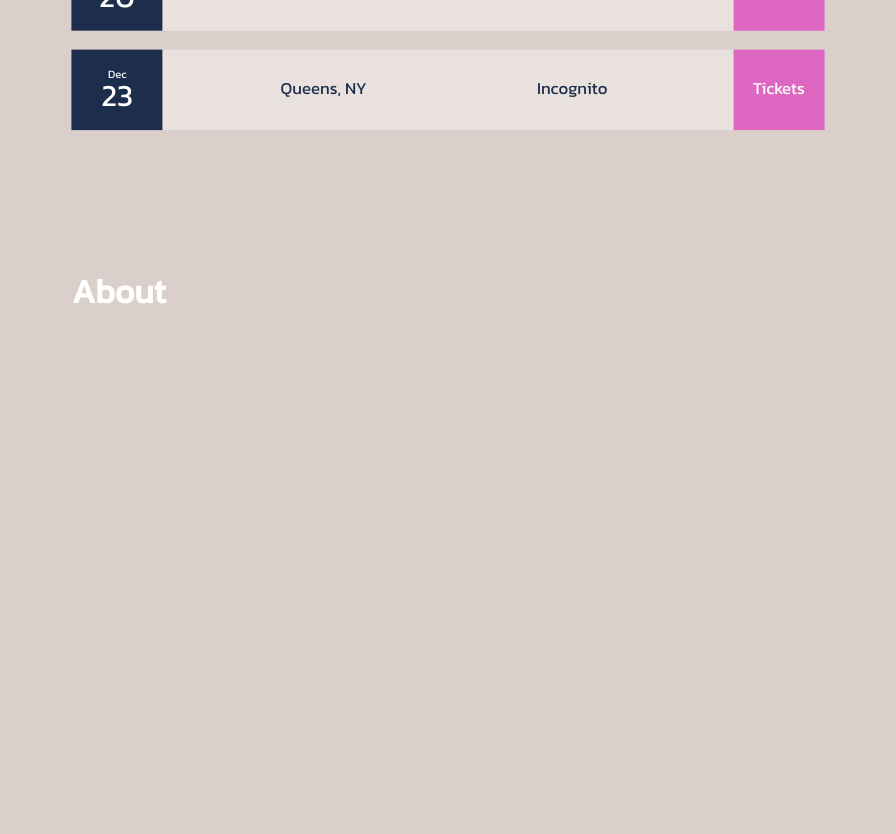
Repository: KrystellBarraza/SipperNYC
Page: index.html
The author's editor kept a copy of each file at every save. The page is drawn from the files as they stood at one save, then again after the next save.
The browser window is 1280 px wide. The pictures show the part of the page from y = 3027 to 4947 px (the page is 4218 px tall before and 5830 px after), at 70% of full size.
Some web libraries are served in a nearby version.

Above is the page before, as saved 2019-09-17 16:39:04.

### index.html
<!DOCTYPE html>
    <head>
        <meta charset="utf-8">
        <meta http-equiv="X-UA-Compatible" content="IE=edge">
        <title>Sipper</title>
        <meta name="description" content="Wholesome and intrinsically delicate, SIPPER is an NYC based band who wants nothing more than to make you enjoy whatever they put out.">
        <meta name="viewport" content="width=device-width, initial-scale=1">
        <script src="https://kit.fontawesome.com/0942df55aa.js"></script>
        <script src="https://ajax.googleapis.com/ajax/libs/jquery/3.4.1/jquery.min.js"></script>
        <link rel="stylesheet" href="https://ajax.googleapis.com/ajax/libs/jqueryui/1.12.1/themes/smoothness/jquery-ui.css">
        <script src="https://ajax.googleapis.com/ajax/libs/jqueryui/1.12.1/jquery-ui.min.js"></script>
        <link href="https://fonts.googleapis.com/css?family=Kanit&display=swap" rel="stylesheet">
        <link rel="stylesheet" href="venobox/venoboxcopy.css" type="text/css" media="screen">
        <link rel="stylesheet" href="style.css">
    </head>
    <body>

        <div class="container-home">
            <div class="head">
                <header>
                    <h1><a href="index.html">Sipper</a></h1>

                    <div id="toggleText">
                        <p class="menuToggle Open placeHolder"></p>
                        <p class="menuToggle Close" style="color: #FFF;"></p>
                    </div>

                    <div id="menu">
                        <ul id="hiddenMenu">
                            <li><a href="#video">Video</a></li>
                            <li><a href="#music">Music</a></li>
                            <li><a href="#shows">Shows</a></li>
                            <li><a href="#about">About</a></li>
                        </ul>
                    </div>

                    <div class="inlineMenu">
                        <a href="#video">Video</a>
                        <a href="#music">Music</a>
                        <a href="#shows">Shows</a>
                        <a href="#about">About</a>
                    </div>

                </header>
            </div>

            <div id="menu-container"></div>

            <div class="menu">
                <div class="flexbox-nav">
                    <nav class="side-Nav">
                        <li><a href="#video">Video</a></li>
                        <li><a href="#music">Music</a></li>
                        <li><a href="#shows">Shows</a></li>
                        <li><a href="#about">About</a></li>
                    </nav>
                </div>
            </div>

            <div class="album">
                <img src="images/albumcover.jpg">
            </div>

            <div class="footer"></div>

        </div>


        <div class="container-video">
            <div class="head-video">
                <h1 id="video">Video</h1>
            </div>

            <div class="container video-a">
                <div class="content">
                    <a class="venobox" data-autoplay="true" data-vbtype="video" data-gall="myGallery" href="https://youtu.be/N3MalJX4Ll4">
                        <div class="content-overlay"></div>
                        <img class="content-image" src="images/AdamDriver.jpg" alt="Adam Driver">
                        <div class="content-details fadeIn-bottom">
                            <p class="content-title">Adam Driver</p>
                        </div>
                    </a>
                </div>
            </div>

            <div class="container video-b">
                <div class="content">
                    <a class="venobox" data-autoplay="true" data-vbtype="video" data-gall="myGallery" href="https://youtu.be/suzVxfuO1rU">
                        <div class="content-overlay"></div>
                        <img class="content-image" src="images/Metric.jpg" alt="Metric">
                        <div class="content-details fadeIn-top">
                            <p class="content-title">Metric</p>
                        </div>
                    </a>
                </div>
            </div>

            <div class="container video-c">
                <div class="content">
                    <a class="venobox" data-autoplay="true" data-vbtype="video" data-gall="myGallery" href="https://youtu.be/sNYNVeHuiyg">
                        <div class="content-overlay"></div>
                        <img class="content-image" src="images/NJFD.jpg" alt="N.J.F.D.">
                        <div class="content-details fadeIn-left">
                            <p class="content-title">N.J.F.D.</p>
                        </div>
                    </a>
                </div>
            </div>

            <div class="container video-d">
                <div class="content">
                    <a class="venobox" data-autoplay="true" data-vbtype="video" data-gall="myGallery" href="https://youtu.be/S9CmWtUvWd0">
                        <div class="content-overlay"></div>
                        <img class="content-image" src="images/OMG.jpg" alt="OMG">
                        <div class="content-details fadeIn-right">
                            <p class="content-title">OMG</p>
                        </div>
                    </a>
                </div>
            </div>

            <div class="footer-video"></div>

        </div>

        <div class="container-music">
            <div class="head-music">
                <h1 id="music">Music</h1>
            </div>

            <div class="ep">
                <img src="images/albumcover.jpg">
            </div>

            <div class="music-k">
                <p class="ep-title">Adam Driver EP</p>

                <table>
                    <tr>
                        <td>1</td>
                        <td>Metric</td>
                        <td>02:19</td>
                    </tr>
                    <tr>
                        <td>2</td>
                        <td>N.J.F.D.</td>
                        <td>02:11</td>
                    </tr>
                    <tr>
                        <td>3</td>
                        <td>OMG</td>
                        <td>01:41</td>
                    </tr>
                    <tr>
                        <td>4</td>
                        <td>Adam Driver</td>
                        <td>04:36</td>
                    </tr>
                    <tr>
                        <td>5</td>
                        <td>Pity Party</td>
                        <td>02:01<td>
                    </tr>
                    <tr>
                        <td>6</td>
                        <td>Loan</td>
                        <td>02:22</td>
                    </tr>
                </table>
            </div>

            <div class="music-j">
                <div class="listen">
                    <a href="https://levelmusic.lnk.to/AdamDriver_EP" target="_blank">Listen Now</a>
                </div>
            </div>

            <div class="fabIcons music-g">
                <a href="https://open.spotify.com/album/55qLPgpA8Q9fKp5JZo5pjp" target="_blank"><i class="fab fa-spotify"></i></a>
                <a href="https://soundcloud.com/invertebratemusic/sets/sipper-adam-driver-ep" target="_blank"><i class="fab fa-soundcloud"></i></a>
                <a href="https://www.youtube.com/channel/UC4grwiaSitqhA_vmRum_fdg/search?query=sipper" target="_blank"><i class="fab fa-youtube"></i></a>
                <a href="https://www.amazon.com/gp/product/B07QJBL8ZX/ref=dm_ws_sp_ps_dp" target="_blank"><i class="fab fa-amazon"></i></a>
                <a href="https://music.apple.com/us/album/1459355658?app=music" target="_blank"><i class="fab fa-itunes-note"></i></a>
            </div>

            <div class="footer-music"></div>

        </div>

        <div class="container-shows">
            <div class="head-shows">
                <h1 id="shows">Shows</h1>
            </div>

            <div class="shows-m">
                <div class="dates-container-flex">
                    <div class="date-box">
                        <div class="month">Aug</div>
                        <div class="date">2</div>
                    </div>

                    <div class="location">Brooklyn, NY</div>
                    <div class="venue">Elsewhere</div>

                    <div class="tickets">Tickets</div>
                </div>
            </div>


            <div class="shows-n">
                <div class="dates-container-flex">
                    <div class="date-box">
                        <div class="month">Sept</div>
                        <div class="date">3</div>
                    </div>

                    <div class="location">New York, NY</div>
                    <div class="venue">Berlin</div>

                    <div class="tickets">Tickets</div>
                </div>
            </div>


            <div class="shows-o">
                <div class="dates-container-flex">
                    <div class="date-box">
                        <div class="month">Oct</div>
                        <div class="date">20</div>
                    </div>

                    <div class="location">Brooklyn, NY</div>
                    <div class="venue">Baby's All Right</div>

                    <div class="tickets">Tickets</div>
                </div>
            </div>

            <div class="shows-p">
                <div class="dates-container-flex">
                    <div class="date-box">
                        <div class="month">Dec</div>
                        <div class="date">23</div>
                    </div>

                    <div class="location">Queens, NY</div>
                    <div class="venue">Incognito</div>

                    <div class="tickets">Tickets</div>
                </div>
            </div>

            <div class="footer-shows"></div>

        </div>

        <div class="container-about">
            <div class="head-about">
                <h1 id="about">About</h1>
            </div>

        </div>

        <script src="app.js" async defer></script>
        <script src="venobox/venobox.mincopy.js" async defer></script>
    </body>
</html>

### style.css
* {
    box-sizing: border-box;
}

html {
    scroll-behavior: smooth;
}

body {
    margin: 0;
    background-color: #dacfca;
}

p, li {
    font-family: 'Kanit', sans-serif;
}

p {
    font-size: 18px;
    margin: 0;
}

h1 {
    font-family: 'Kanit', sans-serif;
    color: #fff;
    font-size: 48px;
}

a {
    text-decoration: none;
    color: #fff;
}

/* Header - Home */

.container-home {
    display: grid;
    grid-template-columns: repeat(12, 1fr);
    grid-template-rows: auto 2fr 1fr;
    grid-gap: 5px;
    grid-column-gap: 20px;
    padding-left: 8%;
    padding-right: 8%;
    grid-template-areas:
    "h h h h h h h h h h h h"
    "c c c c c c c c c m m m"
    "c c c c c c c c c m m m"
    "c c c c c c c c c m m m"
    "f f f f f f f f f f f f";
}

.head {
    grid-area: h;
}

.inlineMenu {
    font-family: 'Kanit', sans-serif;
    font-size: 22px;
    word-spacing: 1em;
    top: 16%;
    right: 10%;
    position: absolute;
}

@media (min-width: 566px) and (max-width: 569px) {
    .inlineMenu {
        top: 19.5%;
        word-spacing: .5em;
    }
}

/* Toggled Header Nav */

#toggleText {
    top: 5%;
    right: 10%;
    color: #fff;
    position: absolute;
    z-index: 10;
}

#menu-container {
    background-color: #1d2e4c;
    position: absolute;
    width: 100%;
    left: 0%;
    height: 100vh;
    z-index: 6;
}

#menu {
    background-color: #1d2e4c;
    position: absolute;
    top: 0%;
    left: 0%;
    width: 100%;
    height: 100vh;
    z-index: 7;
}

#hiddenMenu {
    position: absolute;
    top: 30%;
}

p.placeHolder {
    display: none;
}

p.Open:before {
    content: "Menu";
}

p.Close:before {
    content: "Close";
}

ul {
    list-style: none;
}

li {
    font-size: 44px;
    line-height: 46pt;
}

/* Toggled Menu Media Queries */

@media only screen and (max-width: 450px) {
    nav {
        visibility: hidden;
    }
}

@media only screen and (min-width: 450px) {
    #toggleText {
        visibility: hidden;
    }

    #menu {
        visibility: hidden;
    }

    #menu-container {
        visibility: hidden;
    }
}

/* Scrollbar */

::-webkit-scrollbar { width: 8px; }

::-webkit-scrollbar-track { color: transparent; }

::-webkit-scrollbar-thumb {
    background-color: rgba(000, 0, 0, 0.2);
    border-radius: 5px;
}

/* Menu */

.menu {
    grid-area: m;
}

.flexbox-nav {
    display: flex;
    align-items: flex-end;
    justify-content: flex-end;
    margin-top: 356px;
}

.side-nav {
    align-self: flex-end;
    margin-top: 30px;
}

nav > a {
    font-family: 'Kanit', sans-serif;
    color: #fff;
    font-size: 48px;
}

nav > li {
    list-style-type: none;
    padding: 0;
    margin: 0;
}

@media only screen and (max-width: 416px){
    .menu {
        display: none;
    }

    .container-home {
        display: grid;
        grid-template-columns: repeat(12, 1fr);
        grid-template-rows: auto 2fr 1fr;
        grid-gap: 5px;
        padding-left: 8%;
        padding-right: 8%;
        grid-template-areas:
        "h h h h h h h h h h h h"
        "c c c c c c c c c c c c"
        "c c c c c c c c c c c c"
        "c c c c c c c c c c c c"
        "f f f f f f f f f f f f";
    }

    .album > img {
        object-fit: contain;
        width: 100%;
    }

}

/* Inline Menu Queries */

@media only screen and (max-width: 416px) {
    .inlineMenu {
        display: none;
    }
}

@media only screen and (min-width: 766px){
    .inlineMenu {
        display: none;
    }
}

/* Mobile Landscape Queries */

@media (orientation: landscape) and (max-width: 766px) {
    .menu {
        display: none;
    }

    .container-home {
        display: grid;
        grid-template-columns: repeat(12, 1fr);
        grid-template-rows: auto 2fr 1fr;
        grid-gap: 5px;
        padding-left: 8%;
        padding-right: 8%;
        grid-template-areas:
        "h h h h h h h h h h h h"
        "c c c c c c c c c c c c"
        "c c c c c c c c c c c c"
        "c c c c c c c c c c c c"
        "f f f f f f f f f f f f";
    }

    .album > img {
        object-fit: contain;
        width: 100%;
    }
}

/* Album */

.album {
    grid-area: c;
}

.album > img {
    object-fit: contain;
    width: 100%;
    max-height: 600px;
}

.footer {
    grid-area: f;
    height: 70px;
}


/* Video */

.container-video {
    display: grid;
    grid-template-columns: repeat(12, 1fr);
    grid-template-rows: auto 1fr 1fr;
    grid-gap: 5px;
    grid-column-gap: 20px;
    padding-left: 8%;
    padding-right: 8%;
    grid-template-areas:
    "h h h h h h h h h h h h"
    "a a a a a a b b b b b b"
    "c c c c c c d d d d d d"
    "f f f f f f f f f f f f";
}

.head-video {
    grid-area: h;
}

.video-a {
    grid-area: a;
    justify-self: center;
}

.video-b {
    grid-area: b;
    justify-self: center;
}

.video-c {
    grid-area: c;
    justify-self: center;
}

.video-d {
    grid-area: d;
    justify-self: center;
}

.footer-video {
    grid-area: f;
    height: 70px;
}

.container .title {
    text-align: center;
}

.content {
    position: relative;
    width: 100%;
    max-width: 550px;
    overflow: hidden;
}

.content .content-overlay {
    background: rgba(0,0,0,0.7);
    position: absolute;
    height: 99%;
    width: 100%;
    opacity: 0;
    -webkit-transition: all 0.4s ease-in-out 0s;
    -moz-transition: all 0.4s ease-in-out 0s;
    transition: all 0.4s ease-in-out 0s;
}

.content:hover .content-overlay {
    opacity: 1;
}

.content-image {
    width: 100%;
}

.content-details {
    position: absolute;
    text-align: center;
    padding-left: 1em;
    padding-right: 1em;
    width: 100%;
    top: 50%;
    left: 50%;
    opacity: 0;
    -webkit-transform: translate(-50%, -50%);
    -moz-transform: translate(-50%, -50%);
    transform: translate(-50%, -50%);
    -webkit-transition: all 0.3s ease-in-out 0s;
    -moz-transition: all 0.3s ease-in-out 0s;
    transition: all 0.3s ease-in-out 0s;
}

.content:hover .content-details {
    top: 50%;
    left: 50%;
    opacity: 1;
}

.content-details p {
    color: #fff;
    font-weight: 500;
    letter-spacing: 0.15em;
    margin-bottom: 0.5em;
    font-size: 0.8em;
    text-transform: uppercase;
}

.fadeIn-bottom {
    top: 80%;
}

.fadeIn-top {
    top: 20%;
}

.fadeIn-left {
    left: 20%;
}

.fadeIn-right {
    left: 80%;
}

@media only screen and (max-width: 416px){
    .container-video {
        display: grid;
        grid-template-columns: repeat(12, 1fr);
        grid-template-rows: auto 1fr 1fr;
        grid-gap: 5px;
        padding-left: 8%;
        padding-right: 8%;
        grid-template-areas:
        "h h h h h h h h h h h h"
        "a a a a a a a a a a a a"
        "b b b b b b b b b b b b"
        "c c c c c c c c c c c c"
        "d d d d d d d d d d d d"
        "f f f f f f f f f f f f";
    }

    .footer-video {
        display: none;
    }
}

/* Music */

.container-music {
    display: grid;
    grid-template-columns: repeat(12, 1fr);
    grid-template-rows: repeat(6, 1fr);
    grid-gap: 5px;
    grid-column-gap: 20px;
    padding-left: 8%;
    padding-right: 8%;
    grid-template-areas:
    "h h h h h h h h h h h h"
    "e e e e e e k k k k k k"
    "e e e e e e k k k k k k"
    "e e e e e e j j j j j j"
    "e e e e e e g g g g g g"
    "f f f f f f f f f f f f";
}

.head-music {
    grid-area: h;
}

.footer-music {
    grid-area: f;
    height: 70px;
}

.ep {
    grid-area: e;
}

.ep > img {
    object-fit: contain;
    width: 100%;
    max-height: 600px;
}

.music-k {
    grid-area: k;
}

.music-k > .ep-title {
    object-fit: contain;
    text-align: center;
    font-size: 48px;
    color: #fff;
    margin: 0;
    width: 100%;
}

.music-k > table {
    font-family: 'Kanit', sans-serif;
    object-fit: contain;
    text-align: center;
    padding-top: 20px;
    border: 0;
    font-size: 20px;
    width: 100%;
}

.music-g {
    grid-area: g;
    align-items: center;
}

.fabIcons {
    display: flex;
    justify-content: space-around;
}

i {
    font-family:'FontAwesome';
    font-size: 50px;
    color: #1d2e4c;
    transition: 0.5s;
}

i.fab:hover {
    color: #3a527c;
}

.music-j {
    grid-area: j;
    align-items: center;
}

.listen {
    margin-top: 50px;
    display: flex;
    justify-content: space-around;
    background: #de68c1;
    font-family: 'Kanit', sans-serif;
    text-transform: uppercase;
    text-align: center;
    align-items: center;
    height: 50px;
    font-size: 1.25em;
    -webkit-transition: 0.5s;
    transition: 0.5s;
    border: none;
}

.listen:hover {
    background: #e794ce;
}

@media only screen and (max-width: 376px) {
    i {
        font-size: 40px;
    }
}

@media screen and (max-width: 824px) {
    .music-k > .ep-title {
        font-size: 36px;
        text-align: center;
    }

    i {
        font-size: 36px;
    }

    .container-music {
        display: grid;
        grid-template-columns: repeat(12, 1fr);
        grid-template-rows: 1fr 1fr 1fr auto;
        grid-gap: 5px;
        grid-column-gap: 20px;
        padding-left: 8%;
        padding-right: 8%;
        grid-template-areas:
        "h h h h h h h h h h h h"
        "e e e e e e k k k k k k"
        "e e e e e e k k k k k k"
        "g g g g g g j j j j j j"
        "f f f f f f f f f f f f";
    }

    .listen {
        margin-top: 10px;
    }

    .fabIcons {
        margin-top: 10px;
    }
}

@media (orientation: landscape) and (max-width: 668px) {
    .music-k > .ep-title {
        font-size: 25px;
    }

    .music-k > table {
        font-size: 14px;
        width: 100%;
        text-align: center;
    }

    .listen {
        margin-top: 0;
    }

    .fabIcons {
        margin-top: 0;
    }
}

@media only screen and (max-width: 416px) {
    .container-music {
        display: grid;
        grid-template-columns: repeat(12, 1fr);
        grid-template-rows: 1fr auto;
        grid-gap: 5px;
        grid-column-gap: 20px;
        padding-left: 8%;
        padding-right: 8%;
        grid-template-areas:
        "h h h h h h h h h h h h"
        "e e e e e e e e e e e e"
        "e e e e e e e e e e e e"
        "k k k k k k k k k k k k"
        "k k k k k k k k k k k k"
        "j j j j j j j j j j j j"
        "g g g g g g g g g g g g"
        "f f f f f f f f f f f f";
    }

    .music-k > table {
        font-size: 16px;
        width: 100%;
        text-align: center;
    }

    .music-k > .ep-title {
        font-size: 36px;
        text-align: center;
    }

    .listen {
        margin-top: 20px;
    }

    .music-g {
        margin-top: 25px;
        margin-bottom: 25px;
    }

    .footer-music {
        display: none;
    }

}

/* Shows */

.container-shows {
    display: grid;
    grid-template-columns: repeat(12, 1fr);
    grid-template-rows: repeat(6, 1fr);
    grid-gap: 5px;
    grid-column-gap: 20px;
    padding-left: 8%;
    padding-right: 8%;
    grid-template-areas:
    "h h h h h h h h h h h h"
    "m m m m m m m m m m m m"
    "n n n n n n n n n n n n"
    "o o o o o o o o o o o o"
    "p p p p p p p p p p p p"
    "f f f f f f f f f f f f";
}

.head-shows {
    grid-area: h;
}

.shows-m {
    grid-area: m;
}

.shows-n {
    grid-area: n;
}

.shows-o {
    grid-area: o;
}

.shows-p {
    grid-area: p;
}

.footer-shows {
    grid-area: f;
    height: 70px;
}

.dates-container-flex {
    display: flex;
    flex-direction: column;
    flex-flow: row wrap;
    justify-content: space-between;
    align-content: space-between;
    background-color: rgba(255, 255, 255, 0.37);
    transition: 0.5s;
    height: 115px;
}

.dates-container-flex:hover {
    background-color: rgba(255, 255, 255, 0.568);
}

.date-box {
    background-color: #1d2e4c;
    color: #FFF;
    width: 130px;
    height: 115px;
    text-align: center;
    line-height: 2em;
    order: 1;
    align-self: flex-start;
    padding-top: 18px;
    font-family: 'Kanit', sans-serif;
}

.month {
    font-size: 1em;
}

.date {
    font-size: 2.75em;
}

.location {
    color: #1d2e4c;
    width: 250px;
    height: 115px;
    text-align: center;
    font-family: 'Kanit', sans-serif;
    font-size: 1.5em;
    padding-top: 38px;
    order: 2;
}

.venue {
    color: #1d2e4c;
    width: 250px;
    height: 115px;
    text-align: center;
    font-family: 'Kanit', sans-serif;
    font-size: 1.5em;
    padding-top: 38px;
    order: 3;
}

.tickets {
    background-color: #de68c1;
    color: #FFF;
    width: 130px;
    height: 115px;
    text-align: center;
    order: 4;
    align-self: flex-end;
    font-family: 'Kanit', sans-serif;
    font-size: 1.5em;
    padding-top: 38px;
    -webkit-transition: 0.5s;
            transition: 0.5s;
}

.tickets:hover {
    background-color: #e794ce;
}

@media screen and (max-width: 905px) {
    .container-shows {
        display: grid;
        grid-template-columns: repeat(12, 1fr);
        grid-template-rows: 1fr auto;
        grid-gap: 30px;
        grid-column-gap: 20px;
        padding-left: 8%;
        padding-right: 8%;
        grid-template-areas:
        "h h h h h h h h h h h h"
        "m m m m m m m m m m m m"
        "m m m m m m m m m m m m"
        "n n n n n n n n n n n n"
        "n n n n n n n n n n n n"
        "o o o o o o o o o o o o"
        "o o o o o o o o o o o o"
        "p p p p p p p p p p p p"
        "p p p p p p p p p p p p"
        "f f f f f f f f f f f f";
    }

    .dates-container-flex {
        height: 250px;
    }

    .date-box {
        width: 100%;
        height: 110px;
    }

    .location {
        width: 100%;
        height: 50px;
        padding-top: 10px;
    }

    .venue {
        width: 100%;
        height: 50px;
        padding-top: 0px;
    }

    .tickets {
        width: 100%;
        height: 40px;
        padding-top: 0px;
    }
}

.container-about {
    display: grid;
    grid-template-columns: repeat(12, 1fr);
    grid-template-rows: repeat(6, 1fr);
    grid-gap: 5px;
    grid-column-gap: 20px;
    padding-left: 8%;
    padding-right: 8%;
    grid-template-areas:
    "h h h h h h h h h h h h"
    "m m m m m m m m m m m m"
    "n n n n n n n n n n n n"
    "o o o o o o o o o o o o"
    "p p p p p p p p p p p p"
    "f f f f f f f f f f f f";
}

.head-about {
    grid-area: h;
}

Loaded but not shown: venobox/venoboxcopy.css (common file); venobox/venobox.mincopy.js (library); app.js (14 lines, source omitted)

After the next save:
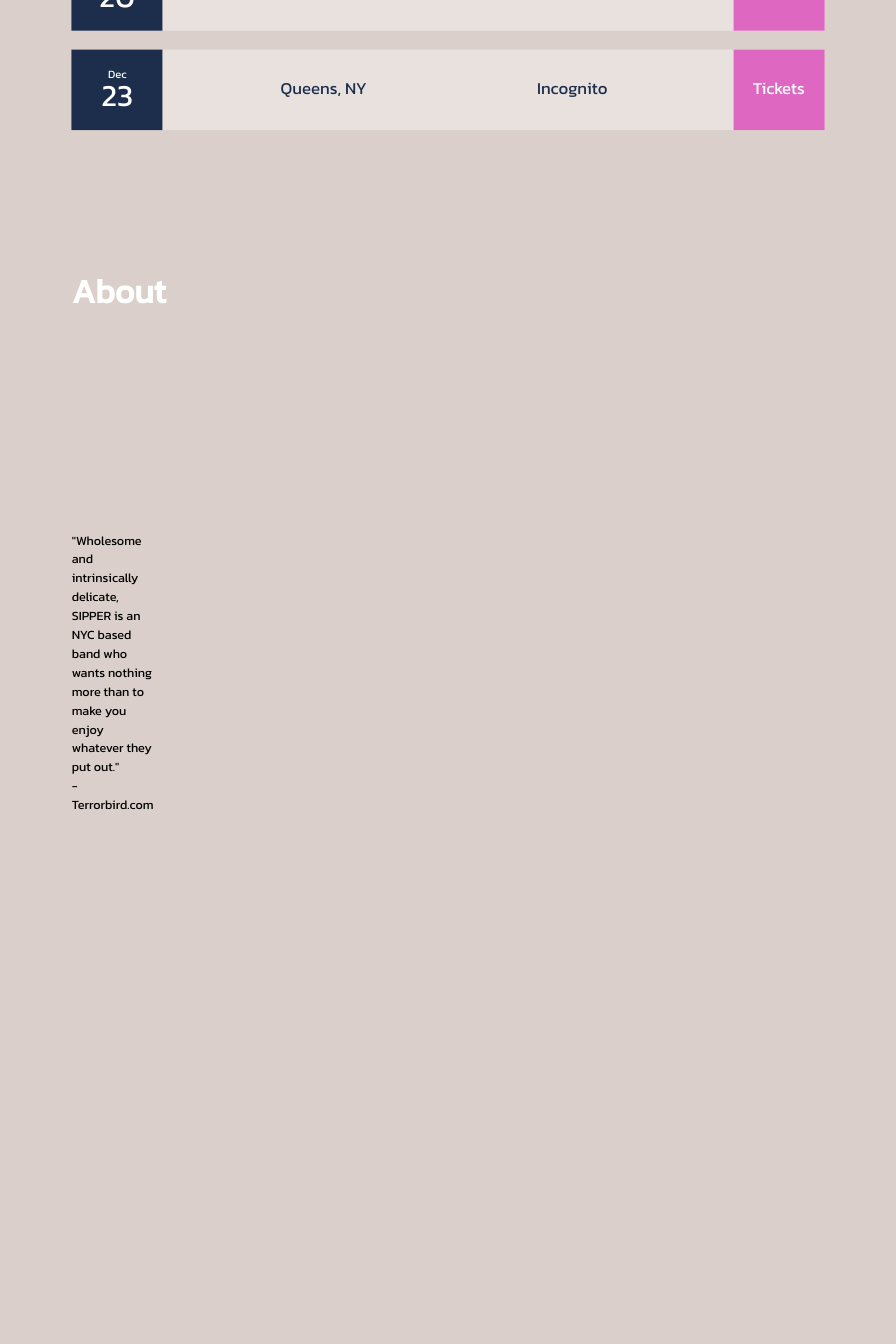
Saved 5 min 8 s later.
--- a/index.html
+++ b/index.html
@@ -259,6 +259,12 @@
                 <h1 id="about">About</h1>
             </div>
 
+            <div>
+                <p>"Wholesome and intrinsically delicate, SIPPER is an NYC based band who
+                    wants nothing more than to make you enjoy whatever they put out."</p>
+                <p>-Terrorbird.com</p>
+            </div>
+
         </div>
 
         <script src="app.js" async defer></script>
